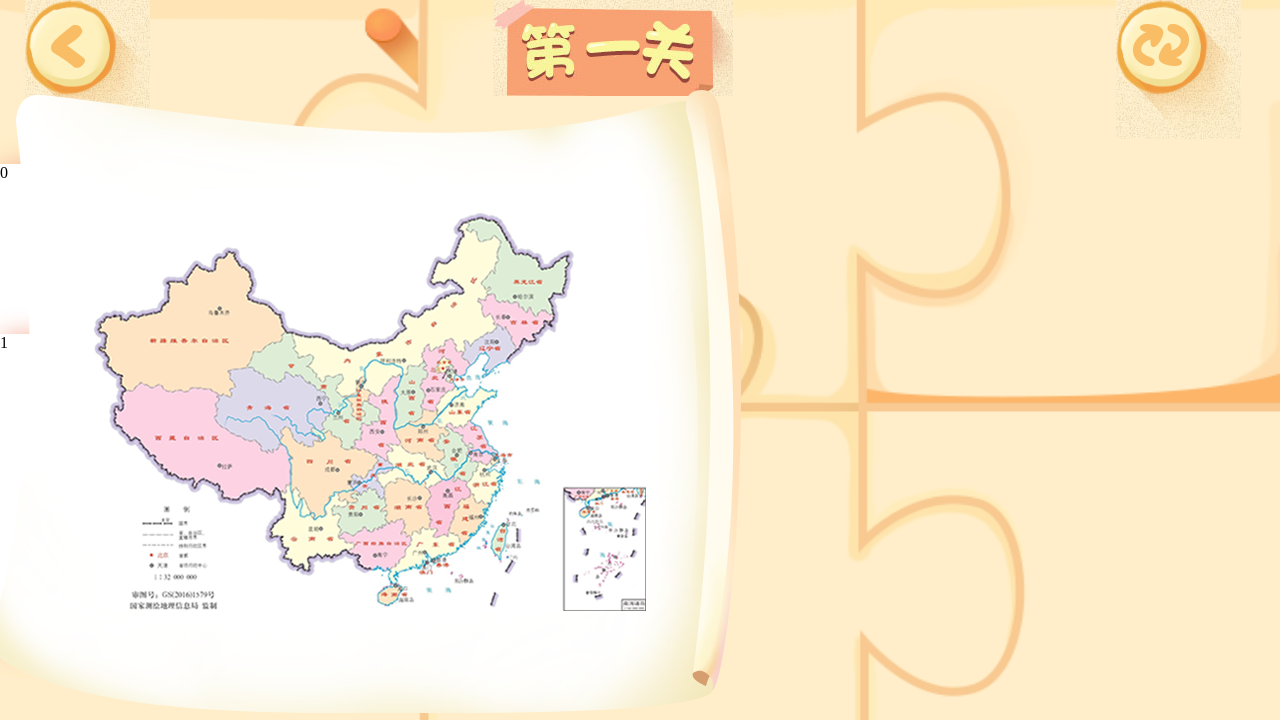
Repository: RedrockTeam/China-map-puzzle
Page: /#/first
The author's editor kept a copy of each file at every save. The page is drawn from the files as they stood at one save, then again after the next save.
The browser window is 1280 px wide. The pictures show the whole page.
Some web fonts or font styles are not loaded; a fallback is used. The project was rebuilt for these pictures with package versions that can differ from the ones it lists, and the page was loaded fresh each time. Also part of the build but not shown: vue.config.js, src/network/request.js, src/views/home.vue, src/views/pass.vue, src/components/dialog.vue, src/views/second.vue, src/views/third.vue, src/views/forth.vue.

Above is the page before, as saved 2019-09-26 00:48:25.

After the next save:
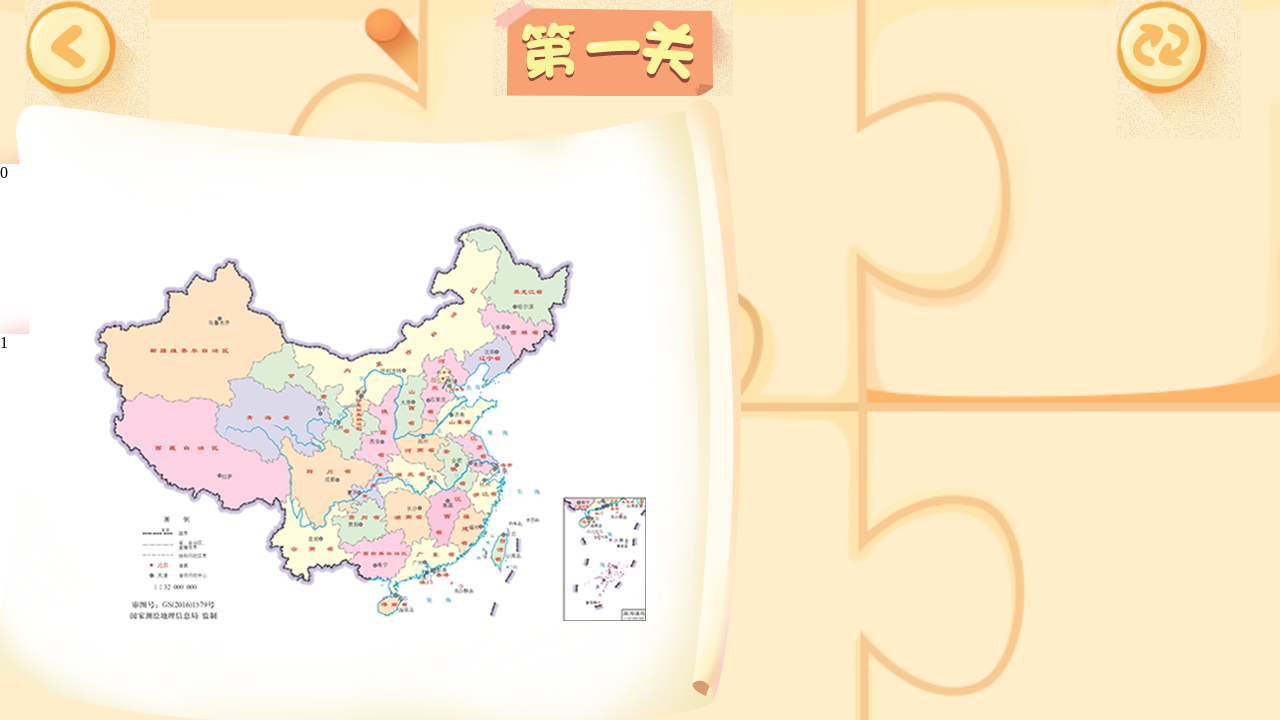
Saved 8 s later.
--- a/src/views/first.vue
+++ b/src/views/first.vue
@@ -289,7 +289,7 @@
     height: 624px;
     background: url("../assets/img/button/dialog.png");
     position: absolute;
-    top: 90px;
+    top: 100px;
     background-size: cover;
     // display: hidden;
   }
